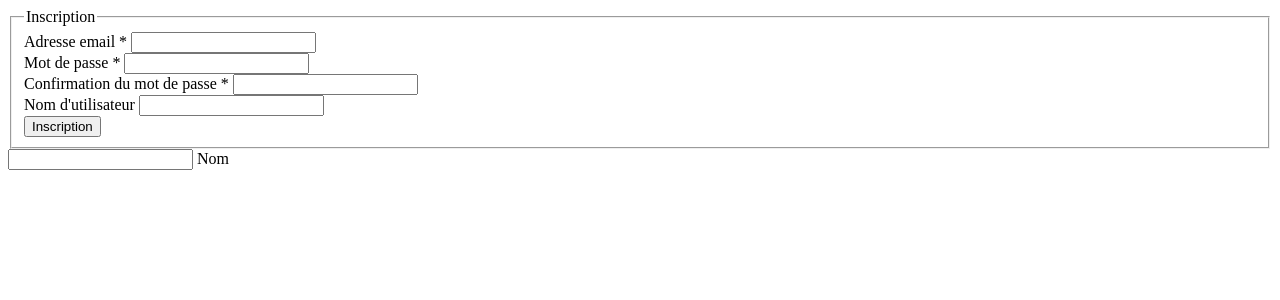
Repository: Tanox2450/ProjetFinalFrontWeb
Page: http://localhost/BoVoyageFrontOffice/fragments/formulaire.jsp
The author's editor kept a copy of each file at every save. The page is drawn from the files as they stood at one save, then again after a run of saves.
The browser window is 1280 px wide. The pictures show the whole page.
The page is served by Tomcat 9.

Above is the page before, as saved 2015-08-24 12:17:47.

After the next 2 saves:
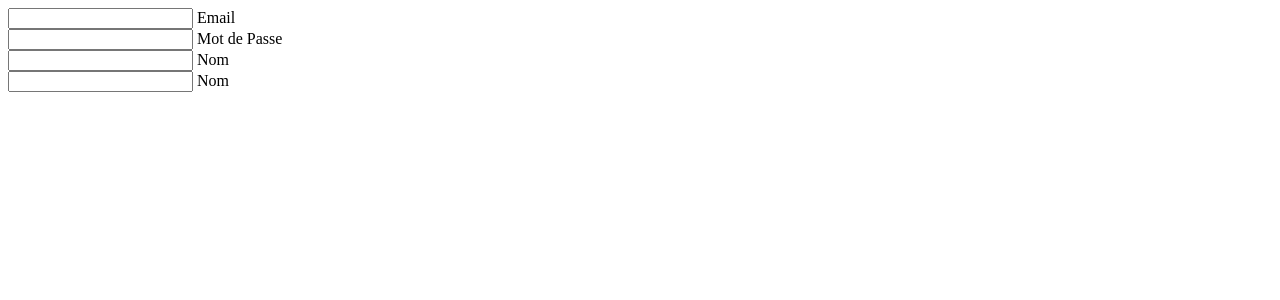
The 2 saves are shown as one change because they came seconds apart.
The last was saved 6 min 8 s later.
--- a/BoVoyageFrontOffice/WebContent/fragments/formulaire.jsp
+++ b/BoVoyageFrontOffice/WebContent/fragments/formulaire.jsp
@@ -7,25 +7,22 @@
 <title>Insert title here</title>
 </head>
 <body>
-	<form method="post" action="inscription">
-		<fieldset>
-			<legend>Inscription</legend>
-			<label for="email">Adresse email <span class="requis">*</span></label>
-			<input type="text" id="email" name="email" value="" size="20"
-				maxlength="60" /> <br /> <label for="motdepasse">Mot de
-				passe <span class="requis">*</span>
-			</label> <input type="password" id="motdepasse" name="motdepasse" value=""
-				size="20" maxlength="20" /> <br /> <label for="confirmation">Confirmation
-				du mot de passe <span class="requis">*</span>
-			</label> <input type="password" id="confirmation" name="confirmation"
-				value="" size="20" maxlength="20" /> <br /> <label for="nom">Nom
-				d'utilisateur</label> <input type="text" id="nom" name="nom" value=""
-				size="20" maxlength="20" /> <br /> <input type="submit"
-				value="Inscription" class="sansLabel" /> <br />
-		</fieldset>
+	<form method="post" action="FrontController">
+		<div class="mdl-textfield mdl-js-textfield">
+			<input class="mdl-textfield__input" type="text" id="sample1" /> <label
+				class="mdl-textfield__label" for="sample1">Email</label>
+		</div>
 	</form>
 
-	<form  method="post" action="FrontController">
+	<form method="post" action="FrontController">
+		<div class="mdl-textfield mdl-js-textfield">
+			<input class="mdl-textfield__input" type="text" id="sample1" /> <label
+				class="mdl-textfield__label" for="sample1">Mot de Passe</label>
+		</div>
+		<div class="mdl-textfield mdl-js-textfield">
+			<input class="mdl-textfield__input" type="text" id="sample1" /> <label
+				class="mdl-textfield__label" for="sample1">Nom</label>
+		</div>
 		<div class="mdl-textfield mdl-js-textfield">
 			<input class="mdl-textfield__input" type="text" id="sample1" /> <label
 				class="mdl-textfield__label" for="sample1">Nom</label>
